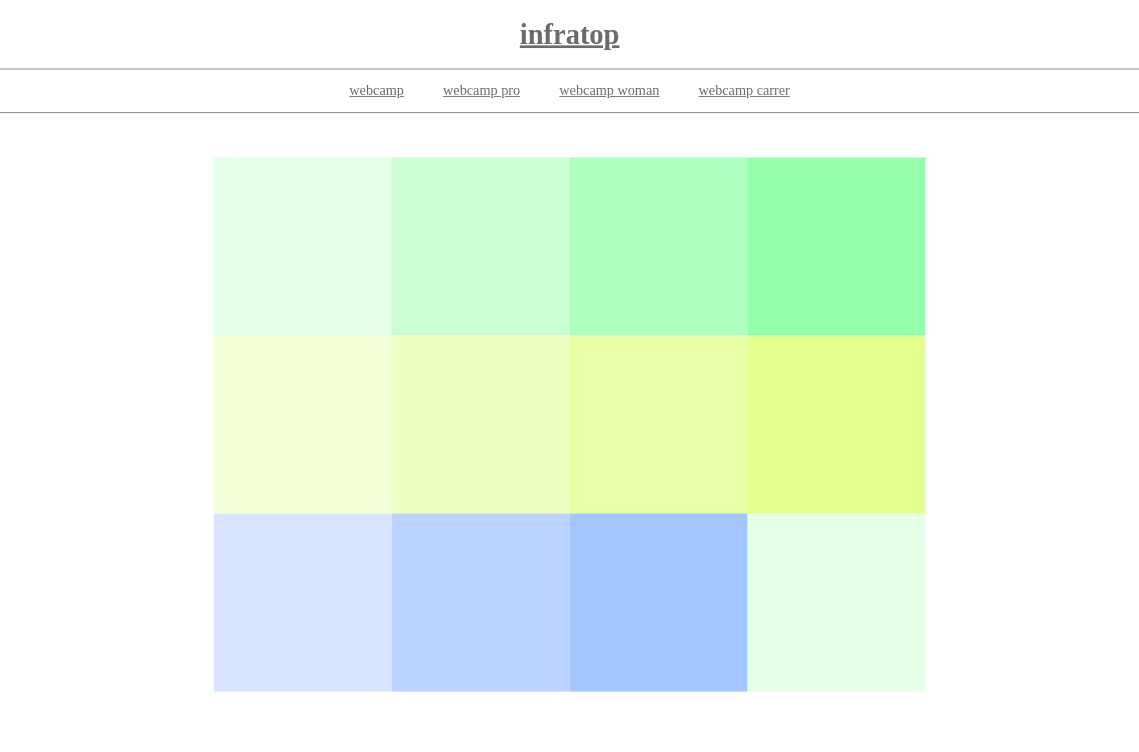
Repository: Raychel-310/chapter10
Page: chapter5_exercise/chapter5_exercise.html
The author's editor kept a record of every edit. The page is drawn from the files as they stood at one moment, then again after the next edit.
The browser window is 1280 px wide. The pictures show the whole page, at 89% of full size.

Above is the page before.

### chapter5_exercise/chapter5_exercise.html
<!DOCTYPE html>
<html lang="ja">
  <head>
    <meta charset="UTF-8" />
    <!-- CSSファイルの読み込み -->
    <link rel="stylesheet" href="chapter5_exercise.css" />
    <title>infratop</title>
  </head>

  <body>
    <!-- header -->
    <header>
      <h1 class="heading">
        <a href="chapter5_exercise.html">
          infratop
        </a>
      </h1>
    </header>

    <nav>
      <ul class="nav-list">
       <li class="nav-list-item">
          <a href="chapter5_exercise.html">webcamp</a>
        </li>
        <li class="nav-list-item">
          <a href="chapter5_exercise.html">webcamp pro</a>
        </li>
        <li class="nav-list-item">
          <a href="chapter5_exercise.html">webcamp woman</a>
        </li>
        <li class="nav-list-item">
          <a href="chapter5_exercise.html">webcamp carrer</a>
        </li>
      </ul>
    </nav>

    <div class="main">
      <div class="box1"></div>
      <div class="box2"></div>
      <div class="box3"></div>
      <div class="box4"></div>
      <div class="box5"></div>
      <div class="box6"></div>
      <div class="box7"></div>
      <div class="box8"></div>
      <div class="box9"></div>
      <div class="box10"></div>
      <div class="box11"></div>
      <div class="box12"></div>
    </div>
        <!-- navigation -->
    <!-- footer -->
    <footer>
      <p class="footer-text">© All rights reserved by Infratop.Inc.</p>
    </footer>
  </body>
</html>

### chapter5_exercise/chapter5_exercise.css
/* ブラウザがそれぞれ持っているCSSをリセットするための記述 */
* {
  margin: 0;
  padding: 0;
  box-sizing: border-box;
  color: #6c6b6b;
}

header {
  width: 100%; /* 横幅90% */
  padding: 20px 0;
  text-align: center;
}

.nav-list {
  text-align: center;
  padding: 15px 0;
  margin: 0 auto;
  border-bottom: 1px solid #848282;
  border-top: 1px solid #848282;
}

.nav-list-item {
  list-style: none;
  display: inline-block;
  margin: 0 20px;
}

.main {
  width: 800px;
  margin: 50px auto;
  display: flex;
  flex-wrap: wrap;
}

.box1 {
  width: 200px;
  height: 200px;
  background-color: #e6ffe9;
}

.box2 {
  width: 200px;
  height: 200px;
  background-color: #cbffd3;
}

.box3 {
  width: 200px;
  height: 200px;
  background-color: #aeffbd;
}

.box4 {
  width: 200px;
  height: 200px;
  background-color: #93ffab;
}

.box5 {
  width: 200px;
  height: 200px;
  background-color: #f3ffd8;
}

.box6 {
  width: 200px;
  height: 200px;
  background-color: #edffbe;
}

.box7 {
  width: 200px;
  height: 200px;
  background-color: #e9ffa5;
}

.box8 {
  width: 200px;
  height: 200px;
  background-color: #e4ff8d;
}

.box9 {
  width: 200px;
  height: 200px;
  background-color: #d9e5ff;
}

.box10 {
  width: 200px;
  height: 200px;
  background-color: #bad3ff;
}

.box11 {
  width: 200px;
  height: 200px;
  background-color: #a4c6ff;
}

.box12 {
  width: 200px;
  height: 200px;
  background-color: #e6ffe9;
}
.footer-text {
  color: #fff;
}

After the next edit:
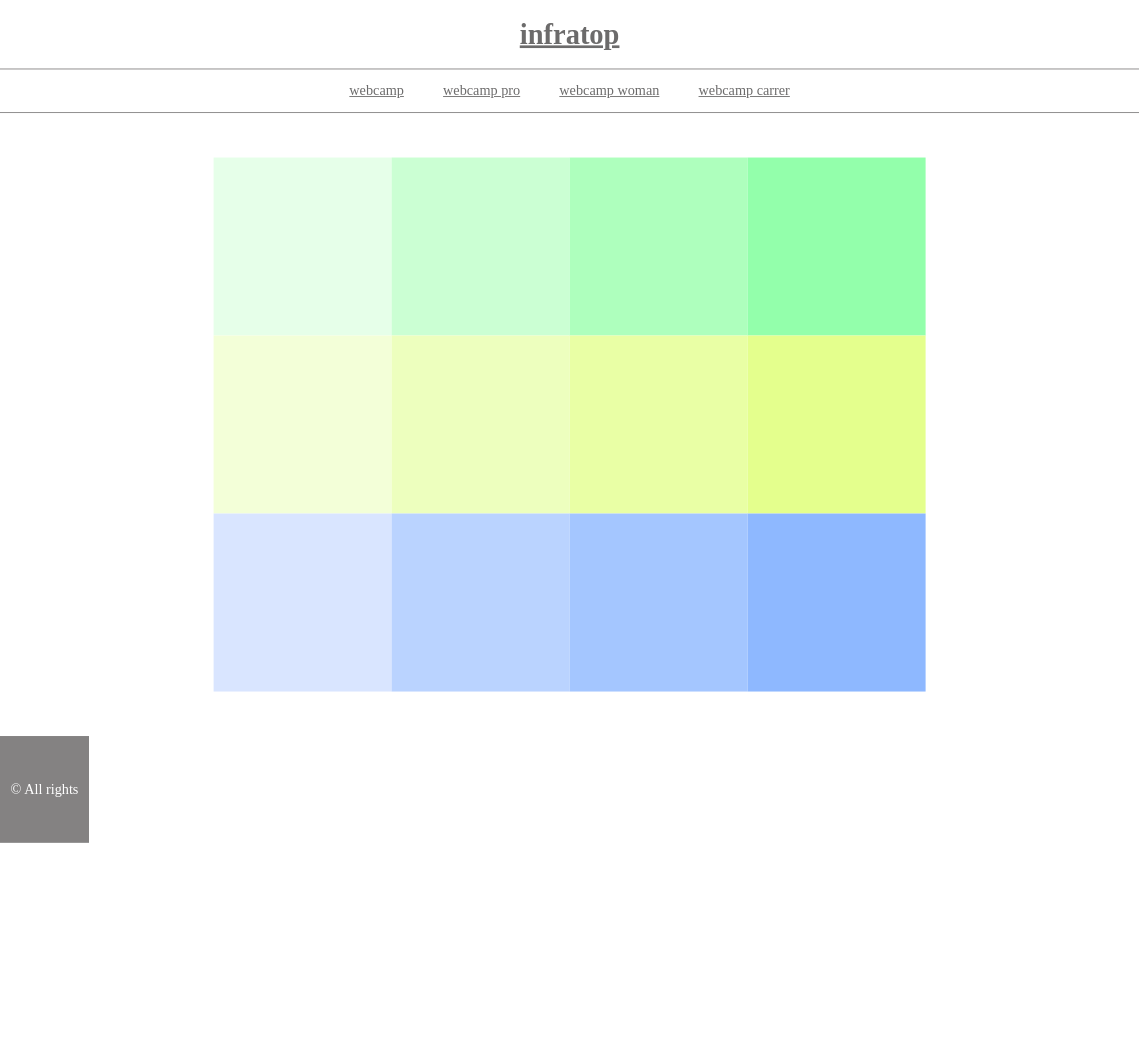
The edit:
--- a/chapter5_exercise/chapter5_exercise.css
+++ b/chapter5_exercise/chapter5_exercise.css
@@ -102,8 +102,17 @@
 .box12 {
   width: 200px;
   height: 200px;
-  background-color: #e6ffe9;
+  background-color: #8eb8ff;
 }
+
+footer {
+  width: 100px;
+  height: 120px;
+  text-align: center;
+  line-height: 120px;
+  background-color: #848282;
+}
+
 .footer-text {
   color: #fff;
 }
